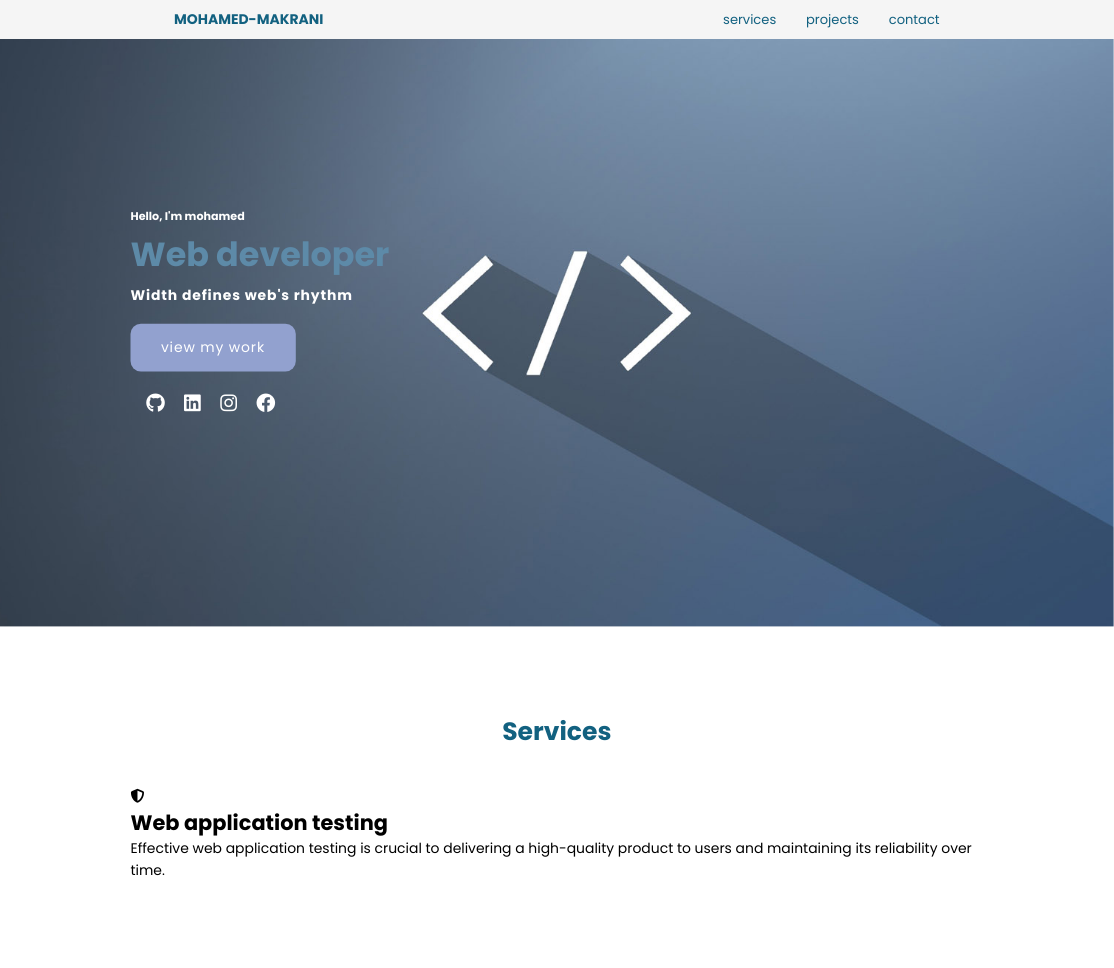
Repository: mohamed-makrani/Portfolio
Page: indixe.html
These files come from the project's save history. The page is drawn as it stood at one moment and after the next save; the edit follows.
The browser window is 1280 px wide. The pictures show the whole page, at 87% of full size.
Backgrounds fixed to the window are drawn as part of the page.

Above is the page before, as saved 2023-09-16 19:54:17.

After the next save:
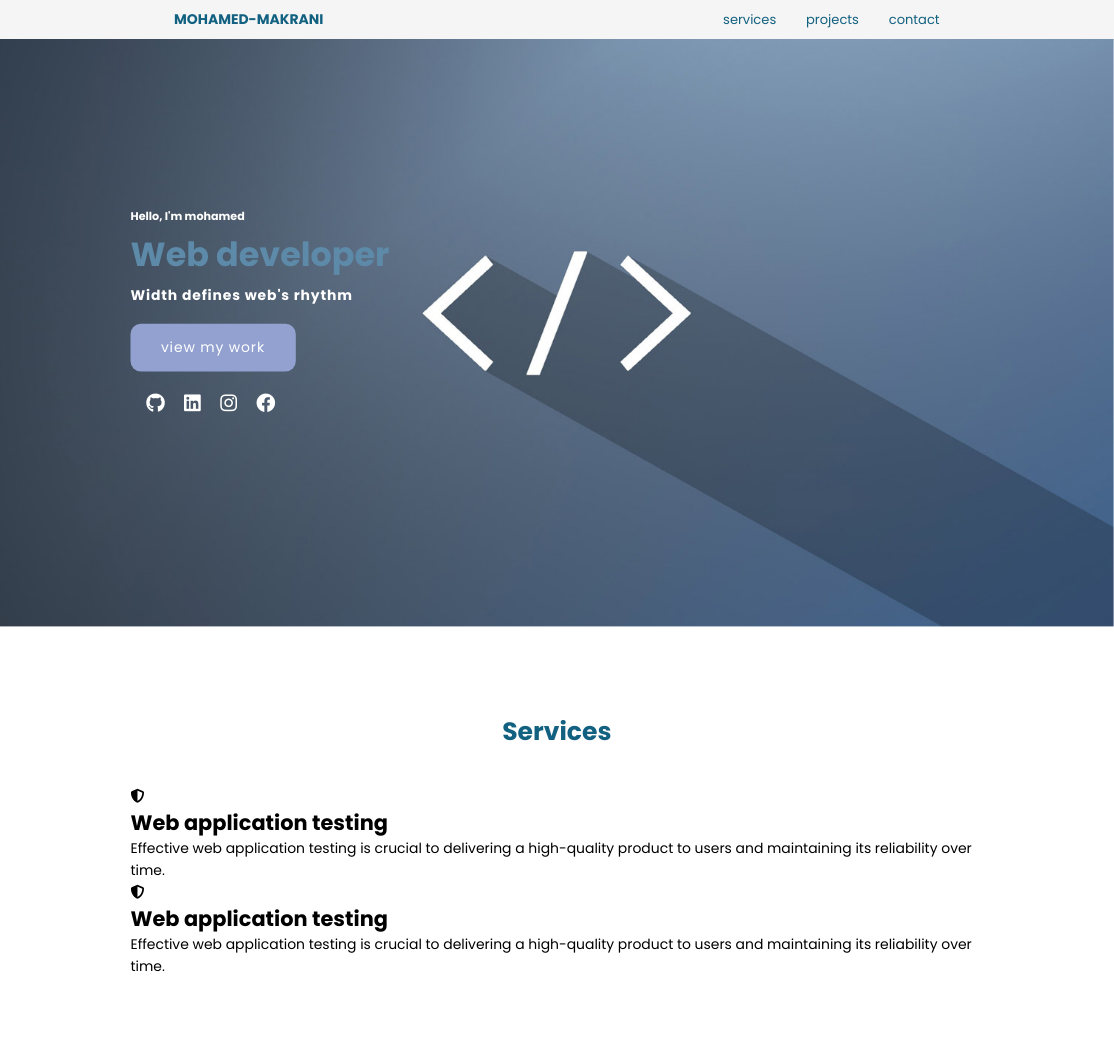
Saved 59 s later.
--- a/indixe.html
+++ b/indixe.html
@@ -42,10 +42,10 @@
                 </div>
             </div>
             <div class="card">
-                <div class="icon"></i></div>
+                <div class="icon"><i class="fa-solid fa-shield-halved"></i></div>
                 <div class="info">
-                    <h2></h2>
-                    <p></p>
+                    <h2>Web application testing</h2>
+                    <p>Effective web application testing is crucial to delivering a high-quality product to users and maintaining its reliability over time.</p>
                 </div>
             </div>
             <div class="card">
